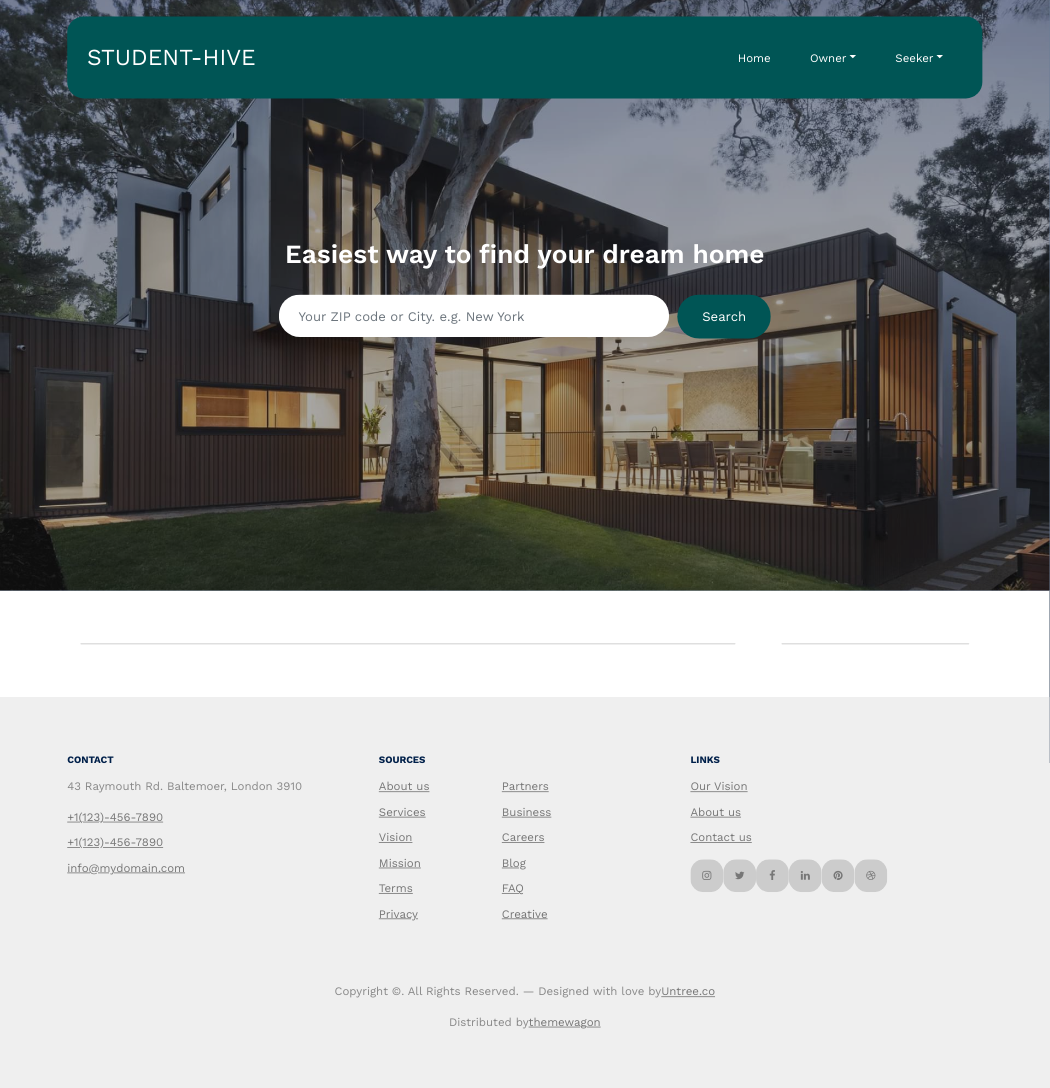
Repository: Farhan0021/Rentalproject
Page: /details (app in front/)
The author's editor kept a copy of each file at every save. The page is drawn from the files as they stood at one save, then again after the next save.
The browser window is 1280 px wide. The pictures show the whole page, at 82% of full size.
The project was rebuilt for these pictures with package versions that can differ from the ones it lists, and the page was loaded fresh each time. Also part of the build but not shown: front/vite.config.js, front/src/pages/Home.jsx, front/src/pages/seekers/Login.jsx, front/src/schema/SeekerSignupSchema.jsx, front/src/pages/seekers/Signup.jsx, front/src/pages/owner/Login.jsx, front/src/schema/OwnerSignupSchema.jsx, front/src/pages/owner/Signup.jsx.

Above is the page before, as saved 2025-04-30 22:17:47.
Console error: TypeError: Cannot read properties of null (reading 'style')

After the next save:
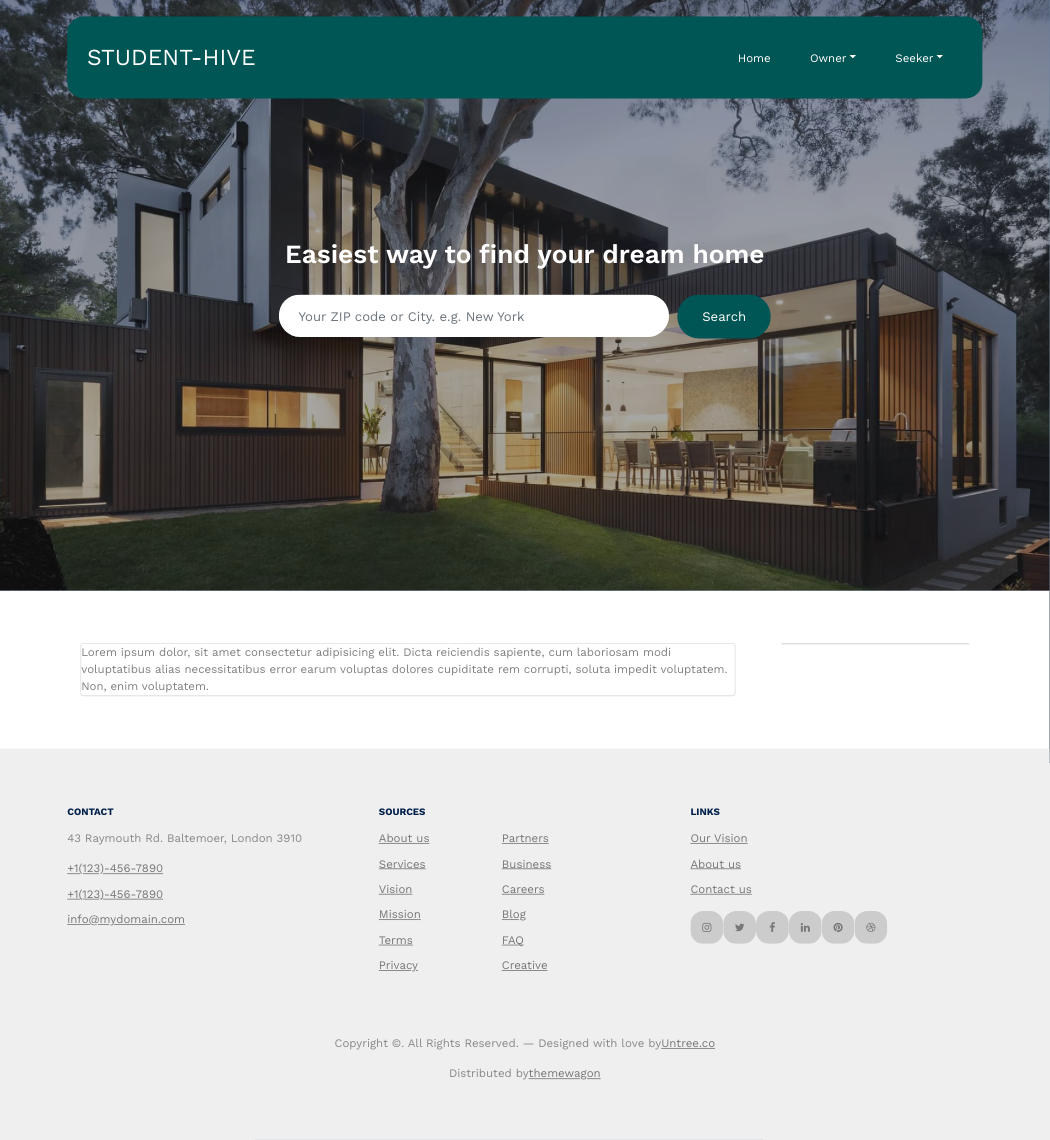
Saved 78 s later.
--- a/front/src/pages/Details.jsx
+++ b/front/src/pages/Details.jsx
@@ -5,7 +5,9 @@ const Details = () => {
         <div className="container my-5">
             <div className="row">
                 <div className="col-md-9 ">
-                    <div className="card m-3"></div>
+                    <div className="card m-3">
+                        Lorem ipsum dolor, sit amet consectetur adipisicing elit. Dicta reiciendis sapiente, cum laboriosam modi voluptatibus alias necessitatibus error earum voluptas dolores cupiditate rem corrupti, soluta impedit voluptatem. Non, enim voluptatem.
+                    </div>
                 </div>
                 <div className="col-md-3">
                     <div className="card m-3"></div>
